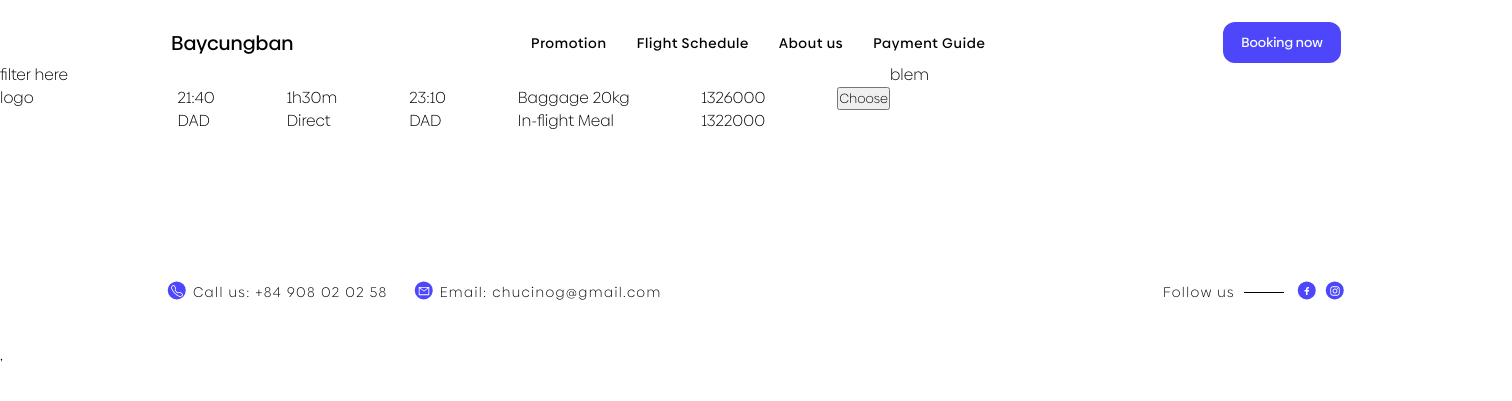
Repository: pinocoding/my-flying
Page: /list (app in my-flying/)
The author's editor kept a copy of each file at every save. The page is drawn from the files as they stood at one save, then again after a run of saves.
The browser window is 1280 px wide. The page is 1512 px wide, so the pictures cover 1512 px, including what lies to the right of the window. The pictures show the whole page.
The project was rebuilt for these pictures with package versions that can differ from the ones it lists, and the page was loaded fresh each time. Also part of the build but not shown: my-flying/src/components/InDecreaBtn/InDecreaBtn.js, my-flying/src/components/TravelBooking/TravelBooking.css, my-flying/src/components/TravelBooking/TravelBooking.js, my-flying/src/components/home/Home.css, my-flying/src/components/home/Home.js. Imported but missing from the stored project, and not drawn on this page: my-flying/src/reportWebVitals.

Above is the page before, as saved 2022-09-09 16:53:45.

### my-flying/src/index.js
import React from "react";
import ReactDOM from "react-dom/client";
import "./index.css";
import App from "./App";
import reportWebVitals from "./reportWebVitals";
import "./font/SVN-Biennale/Biennale-Bold.otf";
const root = ReactDOM.createRoot(document.getElementById("root"));
root.render(
  <React.StrictMode>
    <App />
  </React.StrictMode>
);

// If you want to start measuring performance in your app, pass a function
// to log results (for example: reportWebVitals(console.log))
// or send to an analytics endpoint. Learn more: https://bit.ly/CRA-vitals
reportWebVitals();

### my-flying/src/index.css
@font-face {
  font-family: "SVN-Biennale";
  src: local("SVN-Biennale"),
    url("./font/SVN-Biennale/Biennale-Light.otf") format("opentype");

  font-weight: 400;
}

@font-face {
  font-family: "SVN-Biennale";
  src: local("SVN-Biennale"),
    url("./font/SVN-Biennale/Biennale-Medium.otf") format("opentype");

  font-weight: 600;
}

### my-flying/src/App.js
import React from "react";

import { render } from "react-dom";
import { BrowserRouter, Routes, Route } from "react-router-dom";
import Home from "../src/components/Home/Home";
import List from "./components/List/List";
import "./App.css";
function App() {
  return (
    <div className="App">
      <BrowserRouter>
        <Routes>
          <Route path="/" element={<Home />} />
          <Route path="/list" element={<List />} />
        </Routes>
      </BrowserRouter>
      ,
    </div>
  );
}

export default App;

### my-flying/src/components/List/List.js
import React from "react";
import Header from "../Header/Header";
import Footer from "../Footer/Footer";
import "./List.css";
import FlightInfor from "../FlightsInfor/FlightInfor";
function List() {
  return (
    <div className="list">
      <Header />

      <div className="list-container">
        <div className="list-infor">
          {" "}
          <div className="list-filter">filter here</div>
          <div className="list-row">
            <FlightInfor />
          </div>
        </div>

        <div className="list-userFlight">blem</div>
      </div>
      <Footer />
    </div>
  );
}

export default List;

### my-flying/src/App.css
* {
  box-sizing: border-box;
  margin: 0;
  padding: 0;
  scroll-behavior: smooth;
  font-family: "SVN-Biennale", Courier, monospace;
}
.App {
  width: 1512px;
  margin: 0 auto;
}

### my-flying/src/components/Header/Header.js
import React from "react";
import "./Header.css";

function Header() {
  return (
    <div className="header">
      <div className="header-logo">
        <div className="header-logo-name">Baycungban</div>
        {/* <div>img</div>
        <div>img</div> */}
      </div>

      <ul className="header-nav">
        <li>
          <a href="/#">Promotion</a>
        </li>
        <li>
          <a href="/flight-schedule">Flight Schedule</a>
        </li>
        <li>
          <a href="/#">About us</a>
        </li>
        <li>
          <a href="/#">Payment Guide</a>
        </li>
      </ul>

      <button className="header-booking">Booking now</button>
    </div>
  );
}

export default Header;

### my-flying/src/components/Footer/Footer.js
import React from "react";
import { BsTelephone } from "react-icons/bs";
import { AiOutlineMail, AiOutlineInstagram } from "react-icons/ai";
import { TiSocialFacebook } from "react-icons/ti";
import "./Footer.css";
function Footer() {
  return (
    <div className="footer">
      <ul>
        <li>
          <a href="/#" className="footer-link">
            <BsTelephone className="footer-icon" />
          </a>
          <span>Call us: +84 908 02 02 58</span>
        </li>

        <li>
          <a href="/#" className="footer-link">
            <AiOutlineMail className="footer-icon" />
          </a>
          <span>Email: chucinog@gmail.com</span>
        </li>
      </ul>

      <div>
        <span className="footer-follow">Follow us</span>
        <a href="/#" className="footer-link footer-facebook">
          <TiSocialFacebook className="footer-icon" />
        </a>
        <a href="/#" className="footer-link">
          <AiOutlineInstagram className="footer-icon" />
        </a>
      </div>
    </div>
  );
}

export default Footer;

### my-flying/src/components/List/List.css
.list-container {
  display: flex;
}

.list-row {
  width: 890px;
  height: 124px;
  border-radius: 12px;
}

### my-flying/src/components/FlightsInfor/FlightInfor.js
import React from "react";
import "./FlightInfor.css";

function FlightInfor() {
  return (
    <div className="flight-container">
      <ul>
        <li>logo</li>
        <li className="flight-name"></li>
        <li className="flight-time">
          <p>21:40</p>
          <p>DAD</p>
        </li>

        <li className="flight-direc">
          <p>1h30m</p>
          <p></p>
          <p>Direct</p>
        </li>
        <li className="flight-time">
          <p>23:10</p>
          <p>DAD</p>
        </li>

        <li className="flight-meal">
          <p>Baggage 20kg </p>
          <p>In-flight Meal </p>
        </li>

        <li className="flight-price">
          <p>1326000</p>
          <p>1322000</p>
        </li>
        <li className="flight-choose">
          <button>Choose</button>
        </li>
      </ul>
    </div>
  );
}

export default FlightInfor;

### my-flying/src/components/Header/Header.css
.header {
  display: flex;
  justify-content: space-between;
  text-align: center;
  padding: 22px 171px 0 171px;
}
.header-logo {
  display: flex;
}
.header-logo-name {
  font-weight: 600;
  font-size: 20px;
  align-items: center;
  display: flex;
}
.header-nav {
  display: flex;
  list-style: none;
  justify-content: space-between;
  gap: 0 30px;
  align-items: center;
}
.header-nav li a {
  color: rgba(0, 0, 0, 1);
  text-decoration: none;
  font-family: "SVN-Biennale";
  font-style: normal;
  font-weight: 600;
  font-size: 14px;
  line-height: 21px;

  text-align: center;
  letter-spacing: 0.05em;
}
.header-booking {
  background-color: rgba(77, 70, 250, 1);
  color: white;
  height: 41px;
  width: 118px;
  left: 1223px;
  top: 38px;
  border-radius: 12px;
  padding: 10px 16px 10px 16px;
  border: none;
  cursor: pointer;
  font-weight: 600;
}

### my-flying/src/components/Footer/Footer.css
.footer {
  display: flex;
  justify-content: space-between;
  text-align: center;
  width: 100%;
  padding: 70px 171px 40px 171px;
}
.footer ul {
  list-style: none;
  display: flex;
  gap: 0 30px;
}
.footer-link {
  position: relative;
}
.footer-icon {
  color: white;
  font-size: 12px;
}

.footer-link:after {
  content: "";
  position: absolute;
  top: 0;
  left: 0;
  width: 18px;
  height: 18px;
  border-radius: 50%;
  transform: translate(-18%, 8%);
  background-color: #4d46fa;

  z-index: -1;
}
.footer ul li span {
  padding-left: 10px;
  font-family: "SVN-Biennale";
  font-style: normal;
  font-weight: 400;
  font-size: 14px;
  line-height: 21px;
  /* identical to box height */

  letter-spacing: 0.1em;

  color: #000000;
}
.footer-follow {
  width: 72px;
  height: 21px;
  font-family: "SVN-Biennale";
  font-style: normal;
  font-weight: 400;
  font-size: 14px;
  line-height: 21px;
  /* identical to box height */

  letter-spacing: 0.1em;

  color: #000000;

  position: relative;
  margin-right: 50px;
}

.footer-follow:after {
  content: "";
  position: absolute;
  top: 50%;
  right: 0;
  width: 40px;
  height: 1px;
  left: 81px;
  background-color: black;

  z-index: -1;
}
.footer-facebook {
  margin: 0 16px 0 16px;
}

### my-flying/src/components/FlightsInfor/FlightInfor.css
.flight-container {
  width: 100%;
}

.flight-container ul {
  list-style: none;
  display: flex;
  justify-content: space-between;
}

After the next 2 saves:
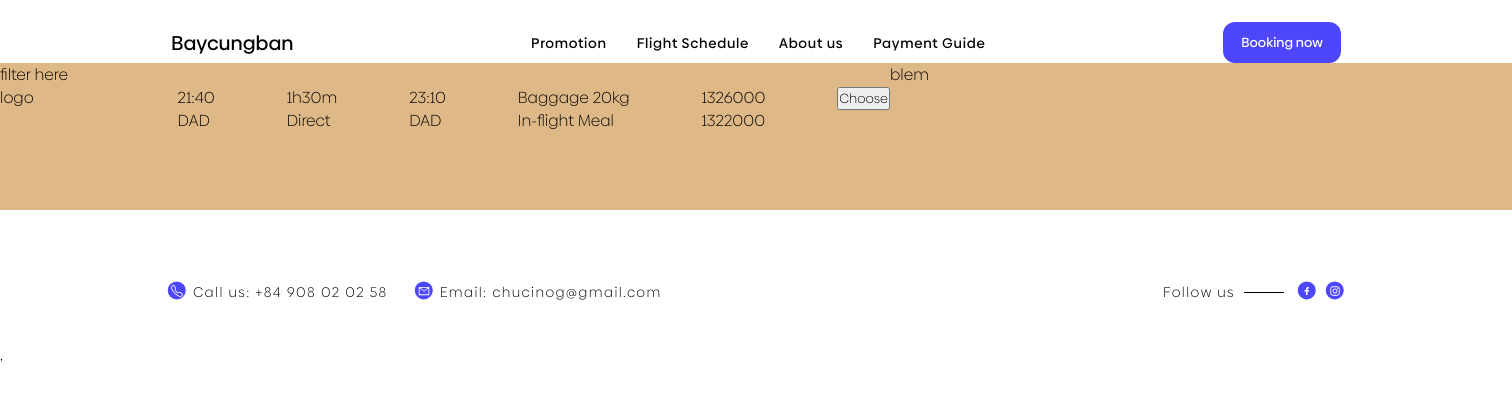
The 2 saves are shown as one change because they came seconds apart.
The last was saved 29 s later.
--- a/my-flying/src/components/List/List.css
+++ b/my-flying/src/components/List/List.css
@@ -1,5 +1,7 @@
 .list-container {
   display: flex;
+
+  background-color: burlywood;
 }
 
 .list-row {
